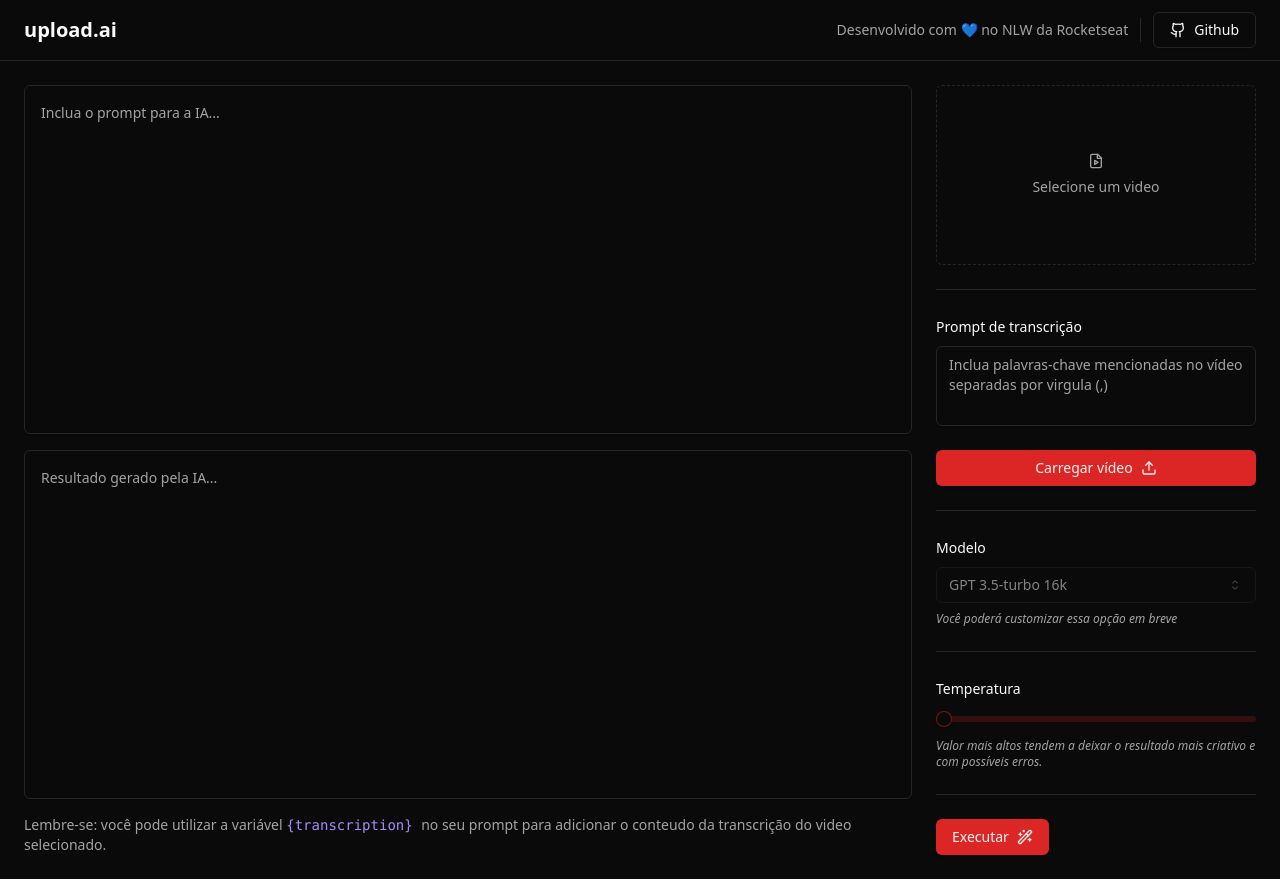
Repository: ricardolimati/upload-ai-web
Page: /
An editor plug-in stored every save of this project. The page is shown before and after a run of saves, followed by the edit.
The browser window is 1280 px wide. The pictures show the whole page.
The project was rebuilt for these pictures with package versions that can differ from the ones it lists, and the page was loaded fresh each time. Also part of the build but not shown: vite.config.ts.

Above is the page before, as saved 2023-09-12 00:33:34.

### src/App.tsx
import {Github, FileVideo, Upload, Wand2} from 'lucide-react'
import { Button } from "./components/ui/button";
import { Separator } from './components/ui/separator';
import { Textarea } from './components/ui/textarea';
import { Label } from './components/ui/label';
import { Select, SelectContent, SelectItem, SelectTrigger, SelectValue } from './components/ui/select';
import { Slider } from './components/ui/slider';

export function App() {
  return(
   <div className="min-h-screen flex flex-col">
    <div className="px-6 py-3 flex items-center justify-between border-b">
      <h1 className="text-xl font-bold">upload.ai</h1>
      <div className="flex items-center gap-3">
        <span className="text-sm text-muted-foreground">
          Desenvolvido com 💙 no NLW da Rocketseat</span>
          <Separator orientation='vertical' className='h-6' />
        <Button variant="outline">
          <Github className="w-4 h-4 mr-2" />Github
        </Button>
      </div>
    </div>

    <main className="flex-1 p-6 flex gap-6">
      <div className="flex flex-col flex-1 gap-4">
        <div className="grid grid-rows-2 gap-4 flex-1">
          <Textarea
          className="resize-none p-4 leading-relaxed"
          placeholder="Inclua o prompt para a IA..."
          />
          <Textarea
          className="resize-none p-4 leading-relaxed"
          placeholder="Resultado gerado pela IA..."
          readOnly/>
        </div>

        <p className="text-sm text-muted-foreground">
          Lembre-se: você pode utilizar a variável <code className="text-violet-400">{'{transcription}'} </code>
           no seu prompt para adicionar o conteudo da transcrição
          do video selecionado.</p>
      </div>
      <aside className="w-80 space-y-6">
        <form className="space-y-6" >
          <label
          htmlFor="video"
          className="border flex rounded-md aspect-video cursor-pointer border-dashed text-sm flex-col gap-2 items-center justify-center text-muted-foreground hover:bg-primary/5"
          >
            <FileVideo className="w-4 h-4" />
            Selecione um video
          </label>
          <input type="file" id="video" accept="video/mp4" className="sr-only"/>
          <Separator />
          <div className="space-y-2">
            <Label htmlFor="transcription_prompt">Prompt de transcrição</Label>
            <Textarea
            id="transcription_prompt"
            className="h-20 leading-relaxe resize-none"
            placeholder="Inclua palavras-chave mencionadas no vídeo separadas por virgula (,)"
            />
          </div>
          <Button type="submit" className="w-full">
            Carregar vídeo
            <Upload
              className="w-4 h-4 ml-2"
            />
          </Button>
        </form>

        <Separator />

        <form className="space-y-6">
          <div className="space-y-2">
            <Label >Modelo</Label>
           <Select disabled defaultValue='gpt-3.5'>
              <SelectTrigger>
                <SelectValue />
              </SelectTrigger>
              <SelectContent>
              <SelectItem value="gpt-3.5">GPT 3.5-turbo 16k</SelectItem>
              </SelectContent>
            </Select>
            <span className="block text-xs text-muted-foreground italic">
              Você poderá customizar essa opção em breve
            </span>
          </div>

          <Separator/>
          <div className="space-y-4">
            <Label >Temperatura</Label>
            <Slider
             min={0}
             max={1}
             step={0.1}
            />
            <span className="block text-xs text-muted-foreground italic">
              Valor mais altos tendem a deixar o resultado mais criativo e com possíveis erros.
            </span>
          </div>

          <Separator />

          <Button type="submit" className="">
            Executar
            <Wand2  className="w-4 h-4 ml-2"/>
          </Button>

        </form>
      </aside>
    </main>
   </div>
  )
}

### src/index.css
@tailwind base;
@tailwind components;
@tailwind utilities;

@layer base {
  :root {
    --background: 0 0% 3.9%;
    --foreground: 0 0% 98%;
    --card: 0 0% 3.9%;
    --card-foreground: 0 0% 98%;
    --popover: 0 0% 3.9%;
    --popover-foreground: 0 0% 98%;
    --primary: 0 72.2% 50.6%;
    --primary-foreground: 0 85.7% 97.3%;
    --secondary: 0 0% 14.9%;
    --secondary-foreground: 0 0% 98%;
    --muted: 0 0% 14.9%;
    --muted-foreground: 0 0% 63.9%;
    --accent: 0 0% 14.9%;
    --accent-foreground: 0 0% 98%;
    --destructive: 0 62.8% 30.6%;
    --destructive-foreground: 0 0% 98%;
    --border: 0 0% 14.9%;
    --input: 0 0% 14.9%;
    --ring: 0 72.2% 50.6%;

    --radius: 0.5rem;
  }
}

@layer base {
  * {
    @apply border-border;
  }
  body {
    @apply bg-background text-foreground;
  }
}

### src/components/ui/button.tsx
import * as React from "react"
import { Slot } from "@radix-ui/react-slot"
import { cva, type VariantProps } from "class-variance-authority"

import { cn } from "@/lib/utils"

const buttonVariants = cva(
  "inline-flex items-center justify-center rounded-md text-sm font-medium transition-colors focus-visible:outline-none focus-visible:ring-1 focus-visible:ring-ring disabled:pointer-events-none disabled:opacity-50",
  {
    variants: {
      variant: {
        default:
          "bg-primary text-primary-foreground shadow hover:bg-primary/90",
        destructive:
          "bg-destructive text-destructive-foreground shadow-sm hover:bg-destructive/90",
        outline:
          "border border-input bg-transparent shadow-sm hover:bg-accent hover:text-accent-foreground",
        secondary:
          "bg-secondary text-secondary-foreground shadow-sm hover:bg-secondary/80",
        ghost: "hover:bg-accent hover:text-accent-foreground",
        link: "text-primary underline-offset-4 hover:underline",
      },
      size: {
        default: "h-9 px-4 py-2",
        sm: "h-8 rounded-md px-3 text-xs",
        lg: "h-10 rounded-md px-8",
        icon: "h-9 w-9",
      },
    },
    defaultVariants: {
      variant: "default",
      size: "default",
    },
  }
)

export interface ButtonProps
  extends React.ButtonHTMLAttributes<HTMLButtonElement>,
    VariantProps<typeof buttonVariants> {
  asChild?: boolean
}

const Button = React.forwardRef<HTMLButtonElement, ButtonProps>(
  ({ className, variant, size, asChild = false, ...props }, ref) => {
    const Comp = asChild ? Slot : "button"
    return (
      <Comp
        className={cn(buttonVariants({ variant, size, className }))}
        ref={ref}
        {...props}
      />
    )
  }
)
Button.displayName = "Button"

export { Button, buttonVariants }

### src/components/ui/separator.tsx
import * as React from "react"
import * as SeparatorPrimitive from "@radix-ui/react-separator"

import { cn } from "@/lib/utils"

const Separator = React.forwardRef<
  React.ElementRef<typeof SeparatorPrimitive.Root>,
  React.ComponentPropsWithoutRef<typeof SeparatorPrimitive.Root>
>(
  (
    { className, orientation = "horizontal", decorative = true, ...props },
    ref
  ) => (
    <SeparatorPrimitive.Root
      ref={ref}
      decorative={decorative}
      orientation={orientation}
      className={cn(
        "shrink-0 bg-border",
        orientation === "horizontal" ? "h-[1px] w-full" : "h-full w-[1px]",
        className
      )}
      {...props}
    />
  )
)
Separator.displayName = SeparatorPrimitive.Root.displayName

export { Separator }

### src/components/ui/textarea.tsx
import * as React from "react"

import { cn } from "@/lib/utils"

export interface TextareaProps
  extends React.TextareaHTMLAttributes<HTMLTextAreaElement> {}

const Textarea = React.forwardRef<HTMLTextAreaElement, TextareaProps>(
  ({ className, ...props }, ref) => {
    return (
      <textarea
        className={cn(
          "flex min-h-[60px] w-full rounded-md border border-input bg-transparent px-3 py-2 text-sm shadow-sm placeholder:text-muted-foreground focus-visible:outline-none focus-visible:ring-1 focus-visible:ring-ring disabled:cursor-not-allowed disabled:opacity-50",
          className
        )}
        ref={ref}
        {...props}
      />
    )
  }
)
Textarea.displayName = "Textarea"

export { Textarea }

### src/components/ui/label.tsx
import * as React from "react"
import * as LabelPrimitive from "@radix-ui/react-label"
import { cva, type VariantProps } from "class-variance-authority"

import { cn } from "@/lib/utils"

const labelVariants = cva(
  "text-sm font-medium leading-none peer-disabled:cursor-not-allowed peer-disabled:opacity-70"
)

const Label = React.forwardRef<
  React.ElementRef<typeof LabelPrimitive.Root>,
  React.ComponentPropsWithoutRef<typeof LabelPrimitive.Root> &
    VariantProps<typeof labelVariants>
>(({ className, ...props }, ref) => (
  <LabelPrimitive.Root
    ref={ref}
    className={cn(labelVariants(), className)}
    {...props}
  />
))
Label.displayName = LabelPrimitive.Root.displayName

export { Label }

### src/components/ui/select.tsx
import * as React from "react"
import { CaretSortIcon, CheckIcon } from "@radix-ui/react-icons"
import * as SelectPrimitive from "@radix-ui/react-select"

import { cn } from "@/lib/utils"

const Select = SelectPrimitive.Root

const SelectGroup = SelectPrimitive.Group

const SelectValue = SelectPrimitive.Value

const SelectTrigger = React.forwardRef<
  React.ElementRef<typeof SelectPrimitive.Trigger>,
  React.ComponentPropsWithoutRef<typeof SelectPrimitive.Trigger>
>(({ className, children, ...props }, ref) => (
  <SelectPrimitive.Trigger
    ref={ref}
    className={cn(
      "flex h-9 w-full items-center justify-between rounded-md border border-input bg-transparent px-3 py-2 text-sm shadow-sm ring-offset-background placeholder:text-muted-foreground focus:outline-none focus:ring-1 focus:ring-ring disabled:cursor-not-allowed disabled:opacity-50",
      className
    )}
    {...props}
  >
    {children}
    <SelectPrimitive.Icon asChild>
      <CaretSortIcon className="h-4 w-4 opacity-50" />
    </SelectPrimitive.Icon>
  </SelectPrimitive.Trigger>
))
SelectTrigger.displayName = SelectPrimitive.Trigger.displayName

const SelectContent = React.forwardRef<
  React.ElementRef<typeof SelectPrimitive.Content>,
  React.ComponentPropsWithoutRef<typeof SelectPrimitive.Content>
>(({ className, children, position = "popper", ...props }, ref) => (
  <SelectPrimitive.Portal>
    <SelectPrimitive.Content
      ref={ref}
      className={cn(
        "relative z-50 min-w-[8rem] overflow-hidden rounded-md border bg-popover text-popover-foreground shadow-md data-[state=open]:animate-in data-[state=closed]:animate-out data-[state=closed]:fade-out-0 data-[state=open]:fade-in-0 data-[state=closed]:zoom-out-95 data-[state=open]:zoom-in-95 data-[side=bottom]:slide-in-from-top-2 data-[side=left]:slide-in-from-right-2 data-[side=right]:slide-in-from-left-2 data-[side=top]:slide-in-from-bottom-2",
        position === "popper" &&
          "data-[side=bottom]:translate-y-1 data-[side=left]:-translate-x-1 data-[side=right]:translate-x-1 data-[side=top]:-translate-y-1",
        className
      )}
      position={position}
      {...props}
    >
      <SelectPrimitive.Viewport
        className={cn(
          "p-1",
          position === "popper" &&
            "h-[var(--radix-select-trigger-height)] w-full min-w-[var(--radix-select-trigger-width)]"
        )}
      >
        {children}
      </SelectPrimitive.Viewport>
    </SelectPrimitive.Content>
  </SelectPrimitive.Portal>
))
SelectContent.displayName = SelectPrimitive.Content.displayName

const SelectLabel = React.forwardRef<
  React.ElementRef<typeof SelectPrimitive.Label>,
  React.ComponentPropsWithoutRef<typeof SelectPrimitive.Label>
>(({ className, ...props }, ref) => (
  <SelectPrimitive.Label
    ref={ref}
    className={cn("px-2 py-1.5 text-sm font-semibold", className)}
    {...props}
  />
))
SelectLabel.displayName = SelectPrimitive.Label.displayName

const SelectItem = React.forwardRef<
  React.ElementRef<typeof SelectPrimitive.Item>,
  React.ComponentPropsWithoutRef<typeof SelectPrimitive.Item>
>(({ className, children, ...props }, ref) => (
  <SelectPrimitive.Item
    ref={ref}
    className={cn(
      "relative flex w-full cursor-default select-none items-center rounded-sm py-1.5 pl-2 pr-8 text-sm outline-none focus:bg-accent focus:text-accent-foreground data-[disabled]:pointer-events-none data-[disabled]:opacity-50",
      className
    )}
    {...props}
  >
    <span className="absolute right-2 flex h-3.5 w-3.5 items-center justify-center">
      <SelectPrimitive.ItemIndicator>
        <CheckIcon className="h-4 w-4" />
      </SelectPrimitive.ItemIndicator>
    </span>
    <SelectPrimitive.ItemText>{children}</SelectPrimitive.ItemText>
  </SelectPrimitive.Item>
))
SelectItem.displayName = SelectPrimitive.Item.displayName

const SelectSeparator = React.forwardRef<
  React.ElementRef<typeof SelectPrimitive.Separator>,
  React.ComponentPropsWithoutRef<typeof SelectPrimitive.Separator>
>(({ className, ...props }, ref) => (
  <SelectPrimitive.Separator
    ref={ref}
    className={cn("-mx-1 my-1 h-px bg-muted", className)}
    {...props}
  />
))
SelectSeparator.displayName = SelectPrimitive.Separator.displayName

export {
  Select,
  SelectGroup,
  SelectValue,
  SelectTrigger,
  SelectContent,
  SelectLabel,
  SelectItem,
  SelectSeparator,
}

### src/components/ui/slider.tsx
import * as React from "react"
import * as SliderPrimitive from "@radix-ui/react-slider"

import { cn } from "@/lib/utils"

const Slider = React.forwardRef<
  React.ElementRef<typeof SliderPrimitive.Root>,
  React.ComponentPropsWithoutRef<typeof SliderPrimitive.Root>
>(({ className, ...props }, ref) => (
  <SliderPrimitive.Root
    ref={ref}
    className={cn(
      "relative flex w-full touch-none select-none items-center",
      className
    )}
    {...props}
  >
    <SliderPrimitive.Track className="relative h-1.5 w-full grow overflow-hidden rounded-full bg-primary/20">
      <SliderPrimitive.Range className="absolute h-full bg-primary" />
    </SliderPrimitive.Track>
    <SliderPrimitive.Thumb className="block h-4 w-4 rounded-full border border-primary/50 bg-background shadow transition-colors focus-visible:outline-none focus-visible:ring-1 focus-visible:ring-ring disabled:pointer-events-none disabled:opacity-50" />
  </SliderPrimitive.Root>
))
Slider.displayName = SliderPrimitive.Root.displayName

export { Slider }

Loaded but not shown: index.html (common file); src/main.tsx (common file); src/lib/utils.ts (common file); tailwind.config.js (common file)

After the next 2 saves:
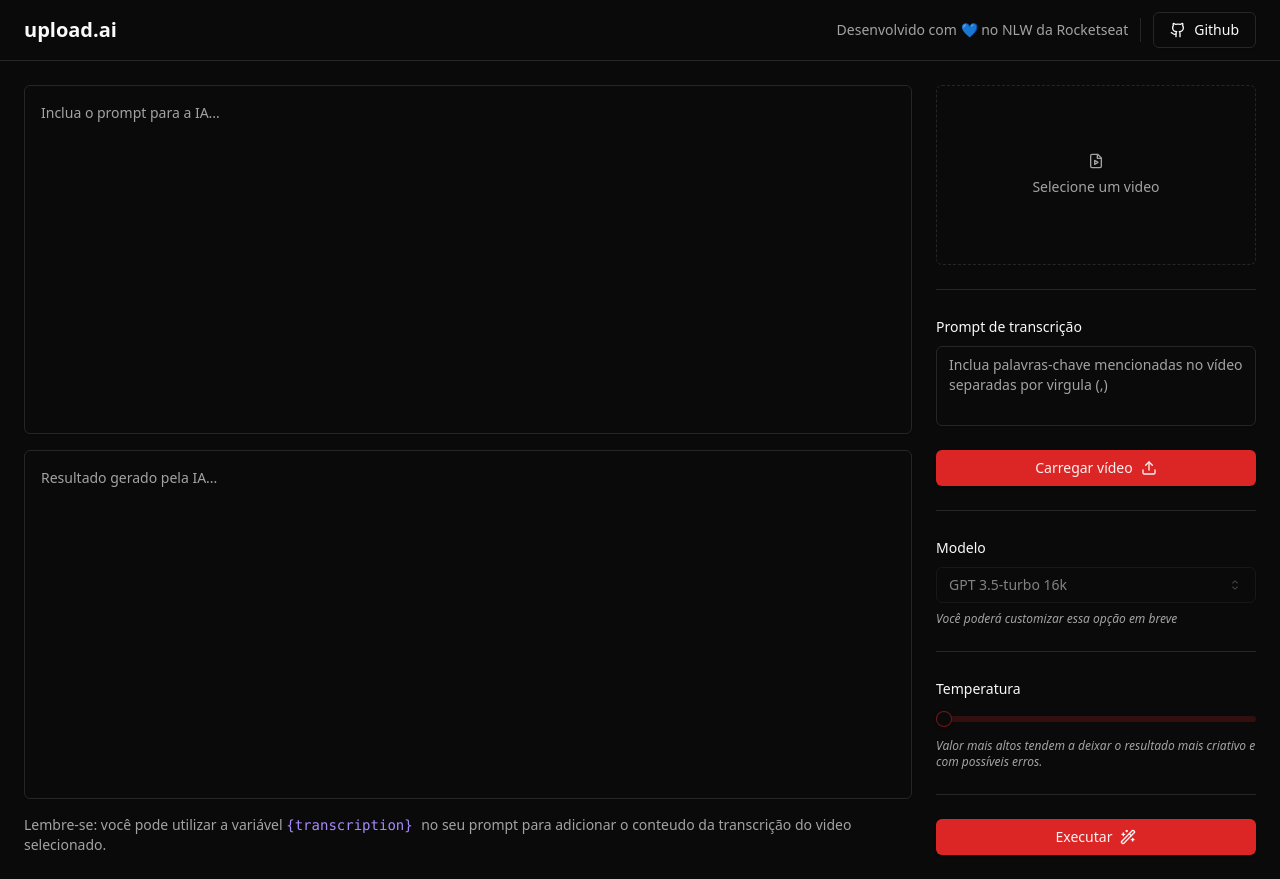
The 2 saves are shown as one change because they came seconds apart.
The last was saved 6 s later.
--- a/src/App.tsx
+++ b/src/App.tsx
@@ -99,7 +99,7 @@ export function App() {
 
           <Separator />
 
-          <Button type="submit" className="">
+          <Button type="submit" className="w-full">
             Executar
             <Wand2  className="w-4 h-4 ml-2"/>
           </Button>
